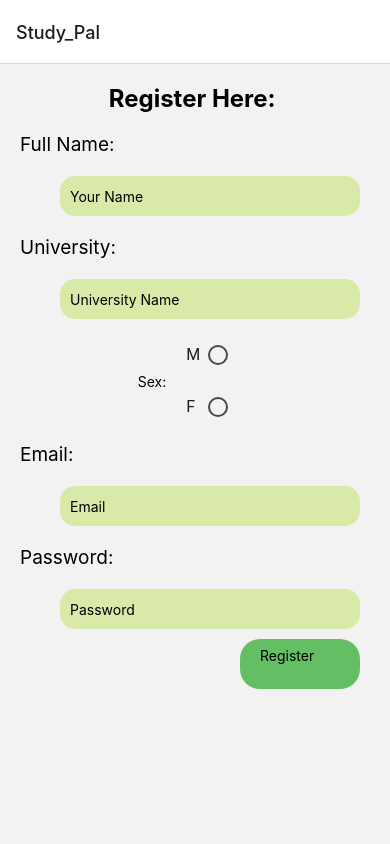
Repository: abdurehmanali611/Study-Pal
Screen: /
These files come from the project's save history. The screen is drawn as it stood at one moment and after a run of saves; the edit follows.
The app was drawn by React Native's web renderer in a window 390 px wide. The project was rebuilt for these pictures with package versions that can differ from the ones it lists, and the page was loaded fresh each time. Also part of the build but not shown: Front_Pages/Home.js, Screens/Softwareeng.js, Screens/Computersci.js, Screens/Informationsci.js, Screens/Informationtech.js, Screens/Softwarecards.js, Screens/Computercards.js, Screens/Sciencecards.js and 4 more.

Above is the screen before, as saved 2024-01-23 22:24:34.

After the next 2 saves:
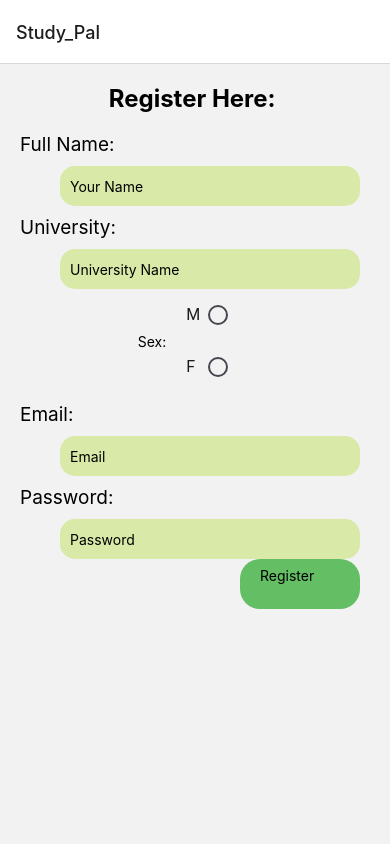
The 2 saves are shown as one change because they came seconds apart.
The last was saved 27 s later.
--- a/Front_Pages/Sign_Up.js
+++ b/Front_Pages/Sign_Up.js
@@ -143,8 +143,7 @@ const styles = StyleSheet.create ({
         backgroundColor: randomRGB(),
         width: 300,
         height: 40,
-        paddingLeft: 10,
-        marginVertical: 10
+        paddingLeft: 10
     },
     press : {
       marginHorizontal: 220,
